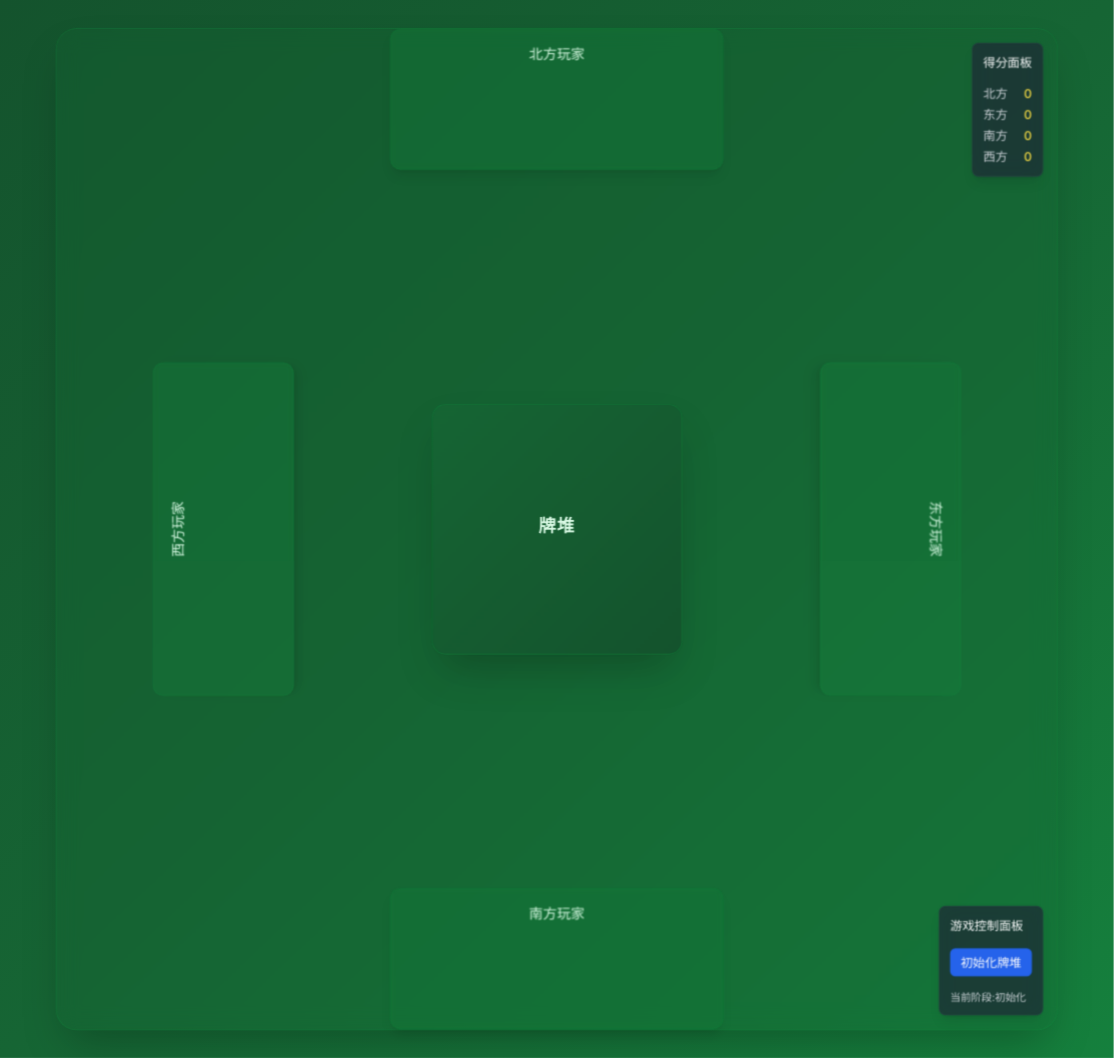
Repository: laofansay/Tractor80
Page: /
The author's editor kept a copy of each file at every save. The page is drawn from the files as they stood at one save, then again after the next save.
The browser window is 1280 px wide. The pictures show the whole page, at 87% of full size.
The project was rebuilt for these pictures with package versions that can differ from the ones it lists, and the page was loaded fresh each time. The framework's server and built-in components were replaced by stand-ins that run in the browser. Also part of the build but not shown: next.config.js, app/components/Card.tsx.

Above is the page before, as saved 2025-03-08 21:41:40.

After the next save:
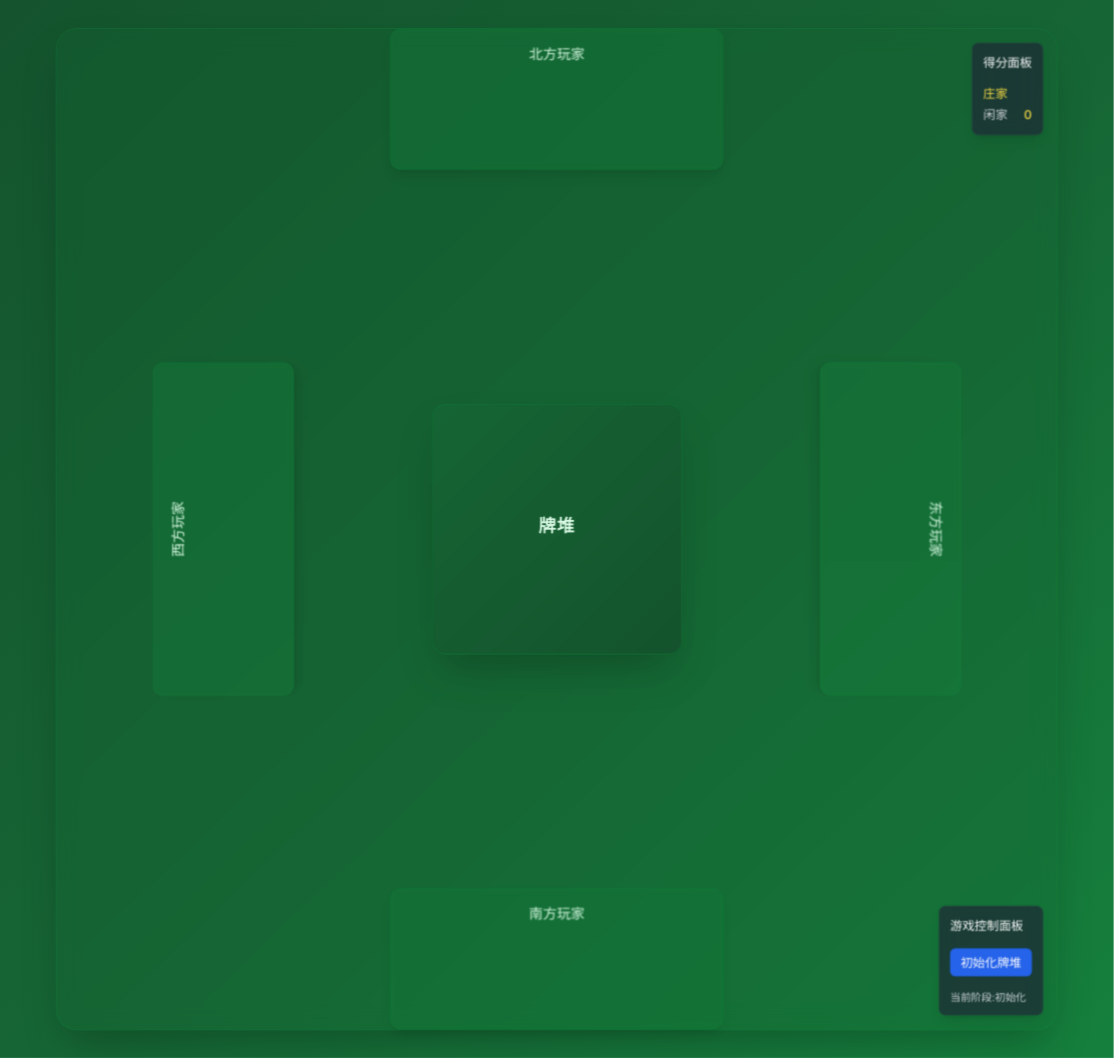
Saved 4 min 10 s later.
--- a/app/components/ScorePanel.tsx
+++ b/app/components/ScorePanel.tsx
@@ -7,24 +7,31 @@ interface ScorePanelProps {
     south: number;
     west: number;
   };
+  dealerPosition: Position;
 }
 
-export function ScorePanel({ scores }: ScorePanelProps) {
+type Position = 'north' | 'east' | 'south' | 'west';
+
+export function ScorePanel({ scores, dealerPosition }: ScorePanelProps) {
+  // 计算庄家和闲家的总分
+  const dealerScore = scores[dealerPosition];
+  const nonDealerScore = Object.entries(scores)
+    .filter(([position]) => position !== dealerPosition)
+    .reduce((total, [_, score]) => total + score, 0);
+
   return (
     <div className="absolute top-4 right-4 p-3 bg-gray-800/70 rounded-lg backdrop-blur-md border border-gray-700/50 shadow-lg">
       <div className="flex flex-col gap-2">
         <div className="text-white text-sm mb-2 font-medium">得分面板</div>
         <div className="space-y-1">
-          {Object.entries(scores).map(([position, score]) => (
-            <div key={position} className="flex justify-between text-sm">
-              <span className="text-gray-300">
-                {position === 'north' ? '北方' :
-                 position === 'south' ? '南方' :
-                 position === 'east' ? '东方' : '西方'}
-              </span>
-              <span className="text-yellow-300 font-medium ml-4">{score}</span>
-            </div>
-          ))}
+          <div className="flex justify-between text-sm">
+            <span className="text-yellow-300">庄家</span>
+            <span className="text-yellow-300 font-medium ml-4">{dealerScore}</span>
+          </div>
+          <div className="flex justify-between text-sm">
+            <span className="text-gray-300">闲家</span>
+            <span className="text-yellow-300 font-medium ml-4">{nonDealerScore}</span>
+          </div>
         </div>
       </div>
     </div>
